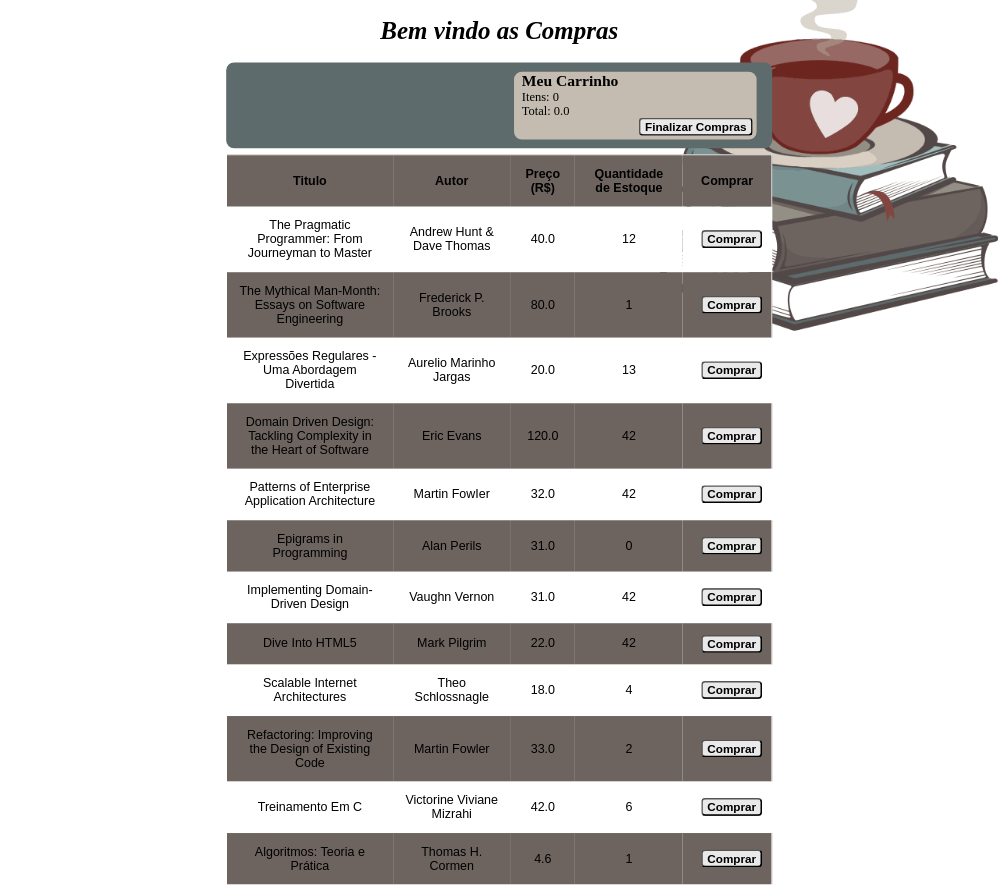
Repository: gabriellacrystina/ProjetoTegra
Page: http://localhost/book-store/Produtos
These files come from the project's save history. The page is drawn as it stood at one moment and after the next save; the edit follows.
The browser window is 1280 px wide. The pictures show the whole page, at 78% of full size.
Backgrounds fixed to the window are drawn as part of the page. The page is served by Tomcat 9.

Above is the page before, as saved 2016-07-06 19:59:10.

After the next save:
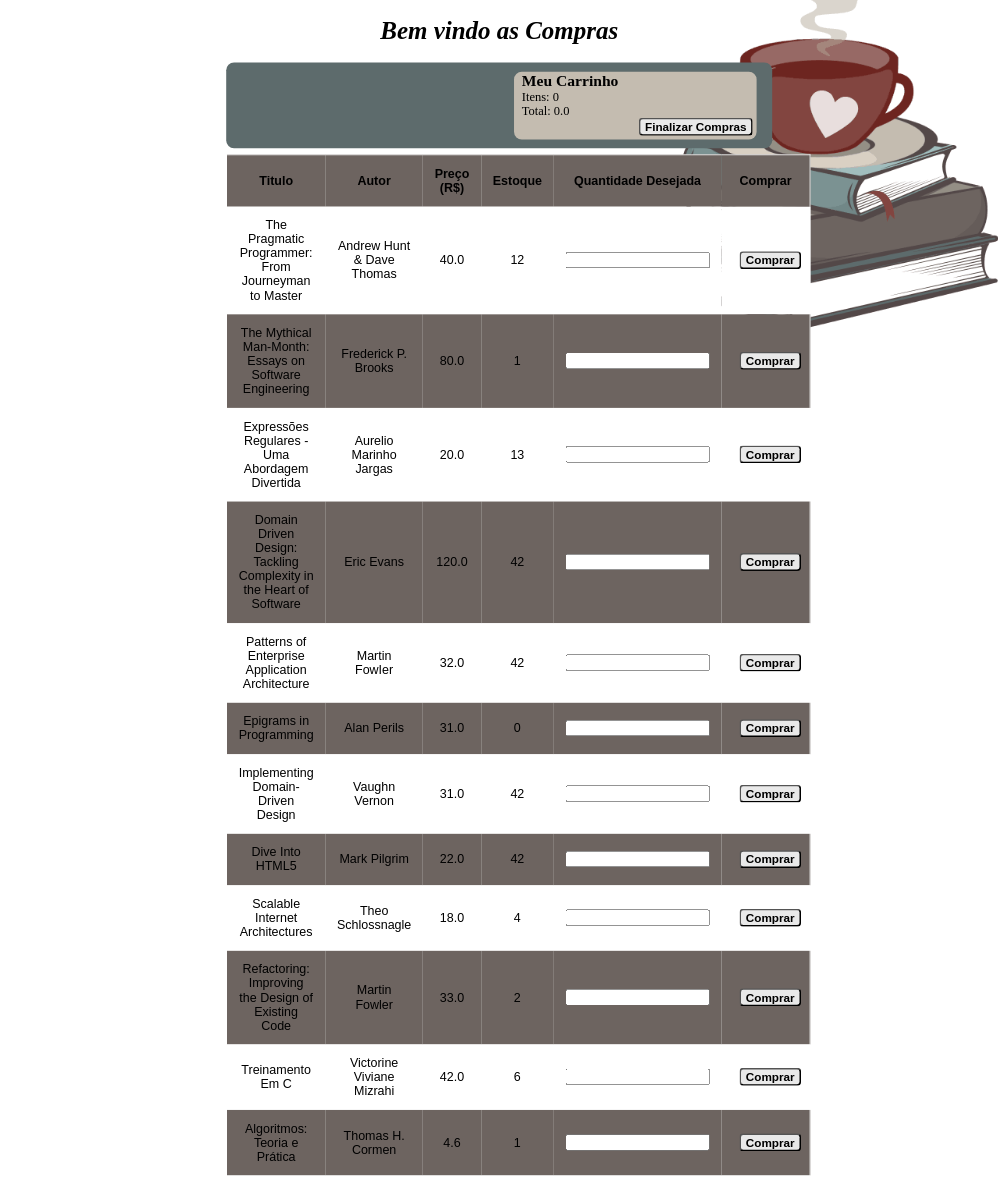
Saved 18 min 14 s later.
--- a/book-store/WebContent/index.jsp
+++ b/book-store/WebContent/index.jsp
@@ -44,7 +44,8 @@
 			    <th>Titulo</th>
 			    <th>Autor</th>
 			    <th>Preço (R$)</th>
-			    <th>Quantidade de Estoque</th>
+			    <th>Estoque</th>
+			    <th>Quantidade Desejada</th>
 			    <th>Comprar</th>
 			  </tr>
 			  <%
@@ -56,6 +57,7 @@
 						<td class="nome-autor"><%= p.getAutor() %></td>
 						<td class="preco"><%= p.getPreco() %></td>
 						<td class="estoque"><%= p.getEstoque() %></td>
+						<td><input></input></td>
 						<td>
 							<form action="Produtos" method="post" name="produtos" >
 								<input type="hidden" name="id-livro" value="<%=p.getId()%>">
